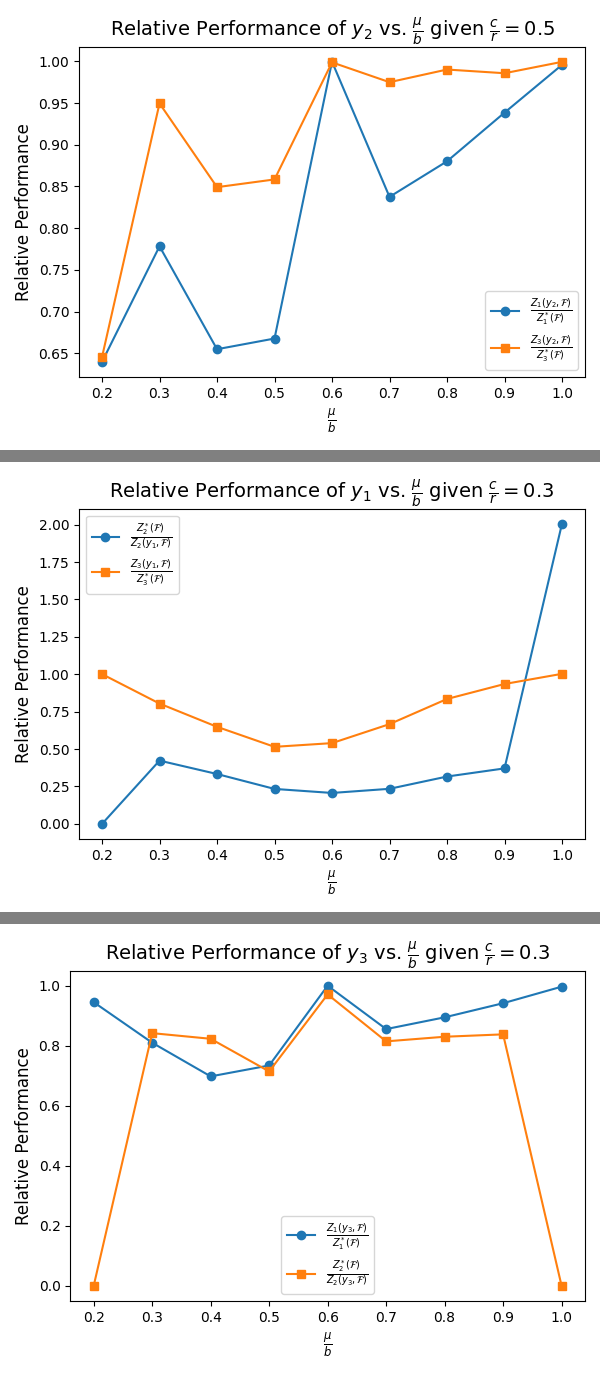
Repository: jhhhln/Research_code
Script's output: python multi_criteria/cross_result/draw_figure.py
An editor plug-in stored every save of this project. The script's output is shown before and after the next save, followed by the edit.
Each picture stacks the figures in order, with grey between them; figures that are only written to a file come last. Random numbers start from a fixed seed.

Above is the script's output before, as saved 2025-11-22 10:39:59.

After the next save:
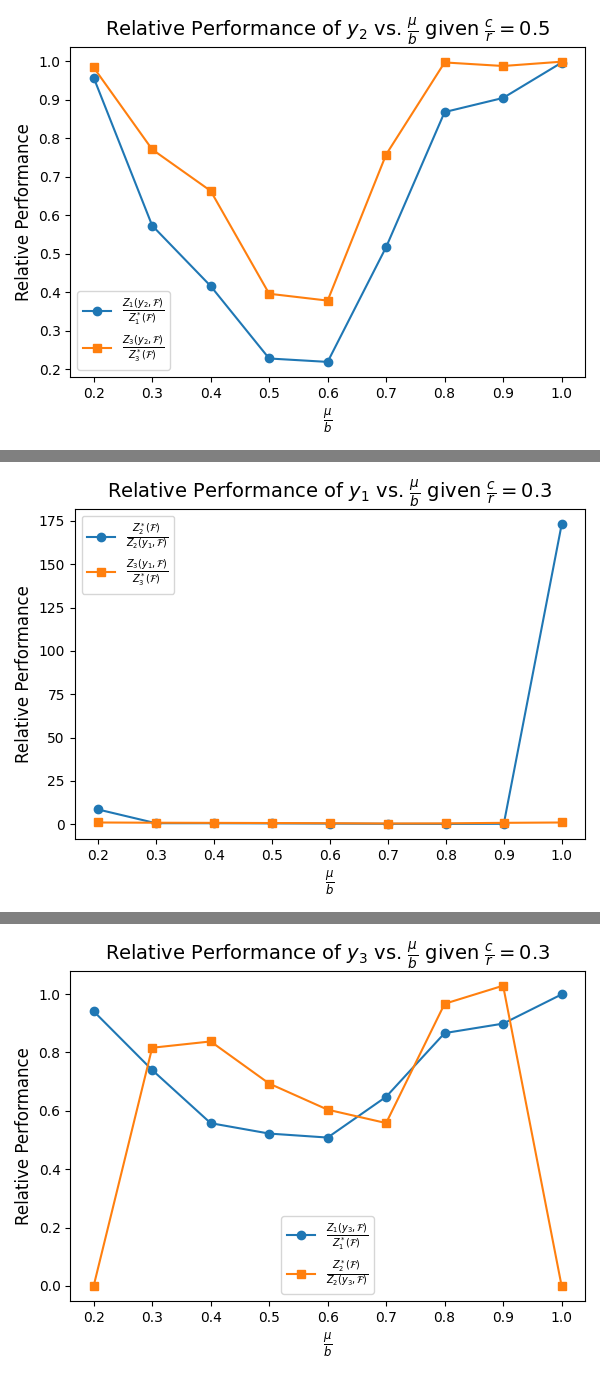
Saved 19 s later.
--- a/multi_criteria/cross_result/draw_figure.py
+++ b/multi_criteria/cross_result/draw_figure.py
@@ -1,7 +1,7 @@
 import pandas as pd
 import matplotlib.pyplot as plt
 
-file_path = 'cross_mub_3.csv'
+file_path = 'cross_mub_4.csv'
 df = pd.read_csv(file_path)
 
 for col in ['Z1_y2_over_Z1_star', 'Z3_y2_over_Z3_star']:
